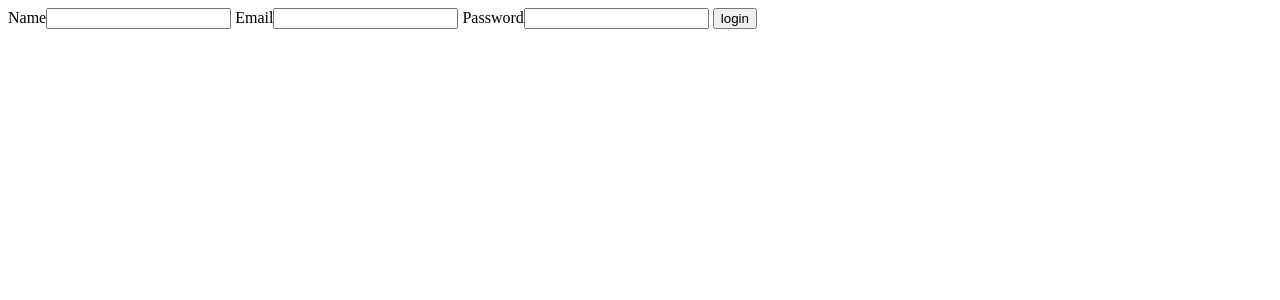
Repository: Ravikumarh6166/my-first-repo
Page: WebApps/src/main/webapp/Request.html
An editor plug-in stored every save of this project. The page is shown before and after the next save, followed by the edit.
The browser window is 1280 px wide. The pictures show the whole page.

Above is the page before, as saved 2022-08-25 06:18:22.

### WebApps/src/main/webapp/Request.html
<!DOCTYPE html>
<html>
<head>
<meta charset="UTF-8">
<title>Insert title here</title>
</head>
<body>
<form action="login" method="post">
Name<input type="text" name="nm">
Email<input type="email" name="email">
Password<input type="password" name="pw">
<input type="submit" value="login">
</form>
</body>
</html>

After the next save:
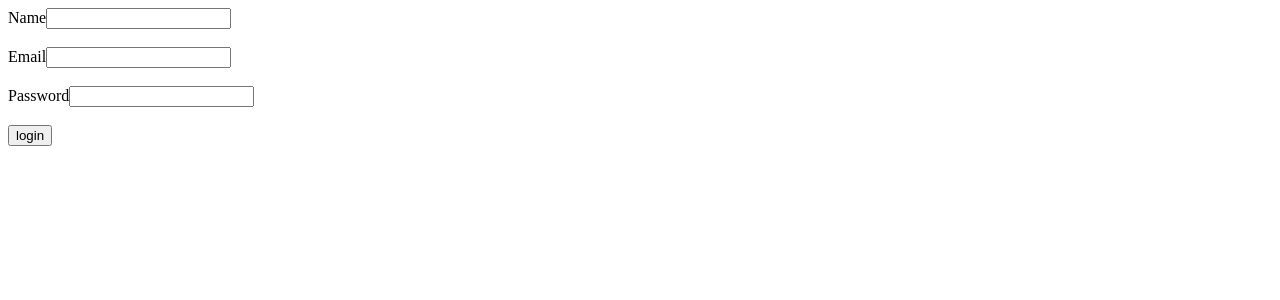
Saved 60 s later.
--- a/WebApps/src/main/webapp/Request.html
+++ b/WebApps/src/main/webapp/Request.html
@@ -6,10 +6,10 @@
 </head>
 <body>
 <form action="login" method="post">
-Name<input type="text" name="nm">
-Email<input type="email" name="email">
-Password<input type="password" name="pw">
-<input type="submit" value="login">
+Name<input type="text" name="nm"><br><br>
+Email<input type="email" name="email"><br><br>
+Password<input type="password" name="pw"><br><br>
+<input type="submit" value="login"><br><br>
 </form>
 </body>
 </html>
